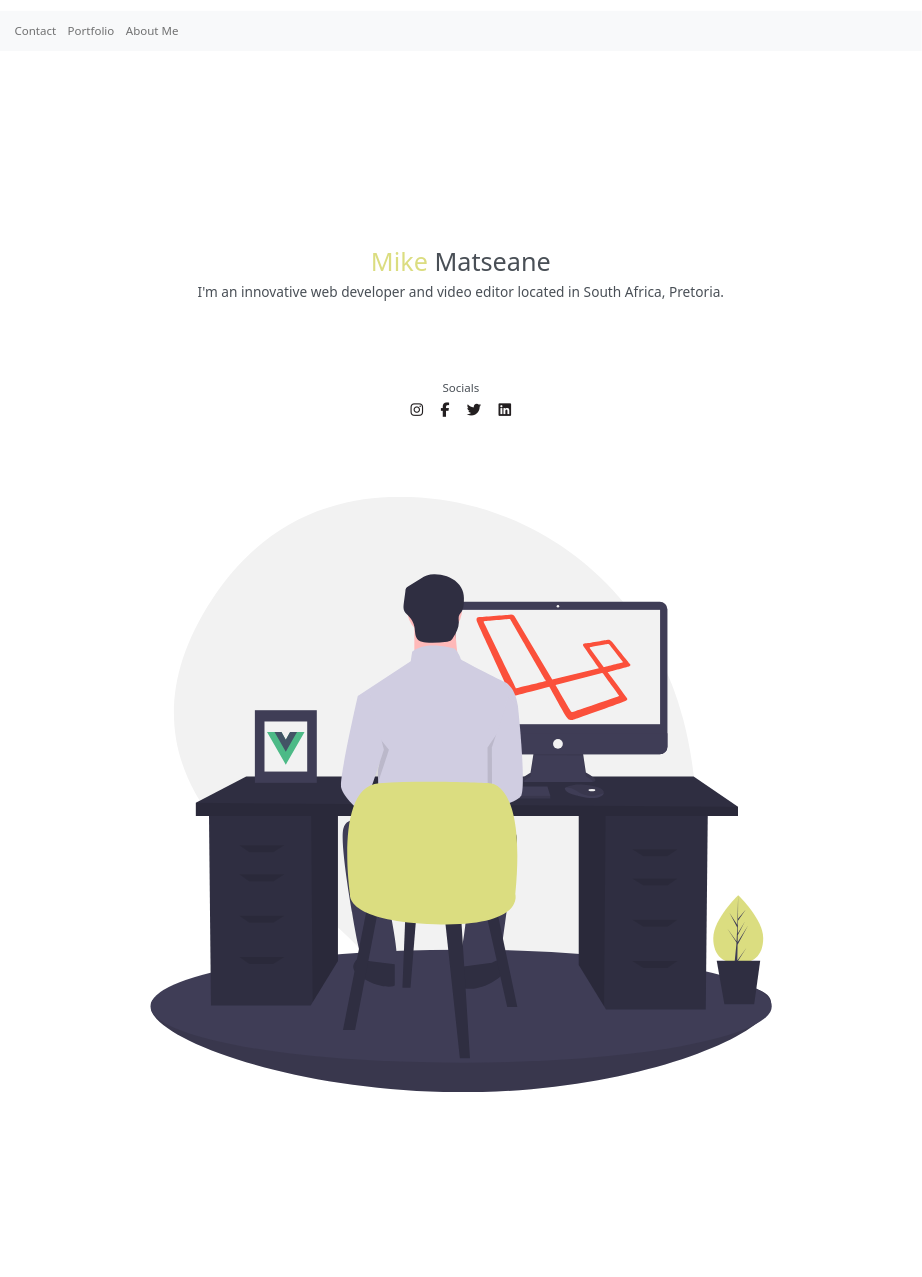
Repository: mikempho/resume10-Final
Page: resume10.html
The author's editor kept a copy of each file at every save. The page is drawn from the files as they stood at one save, then again after a run of saves.
The browser window is 1280 px wide. The pictures show the whole page, at 72% of full size.
Some web libraries are served in a nearby version.

Above is the page before, as saved 2022-05-16 14:10:03.

After the next 2 saves:
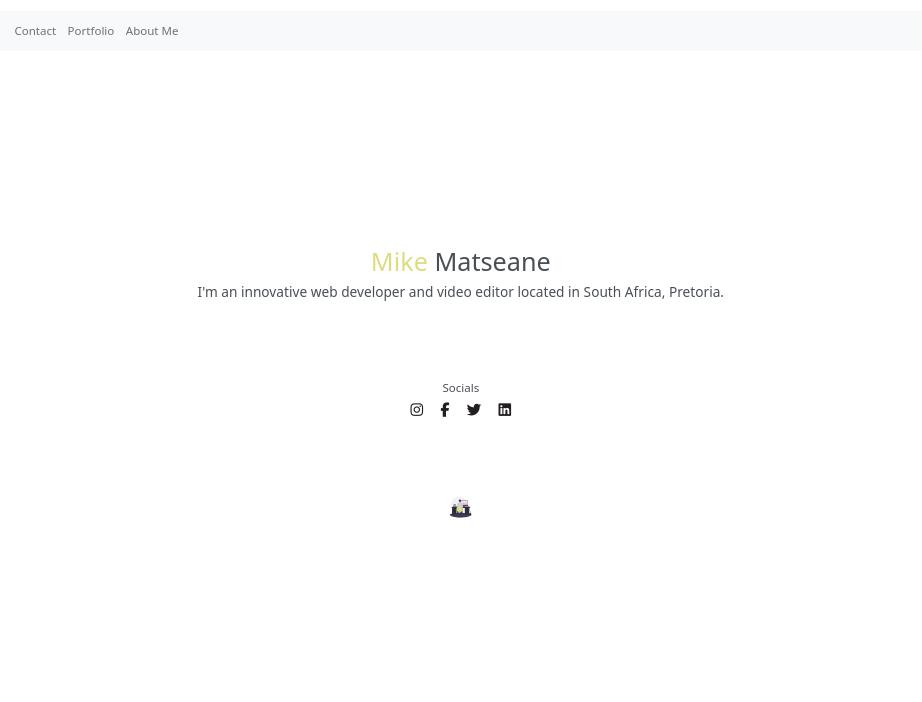
The 2 saves are shown as one change because they came seconds apart.
The last was saved 69 s later.
--- a/css/style.css
+++ b/css/style.css
@@ -41,3 +41,7 @@ span {
     margin: 2px 10px;
     color: #231F20;
 }
+
+.hero-section-img img {
+    width: 30px;
+}
